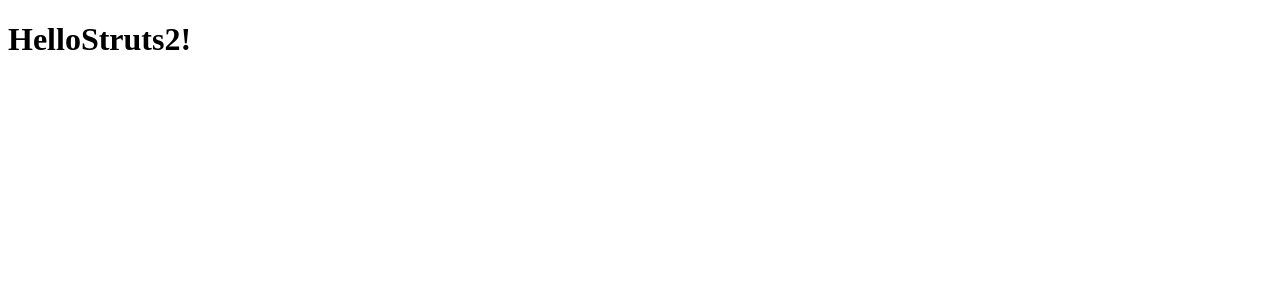
Repository: hirose0320/test
Page: http://localhost/WebProj4/hello.jsp
The author's editor kept a copy of each file at every save. The page is drawn from the files as they stood at one save, then again after the next save.
The browser window is 1280 px wide. The pictures show the whole page.
The page is served by Tomcat 9. Nobody is signed in. The application's start-up code is not run.

Above is the page before, as saved 2019-02-21 07:55:02.

After the next save:
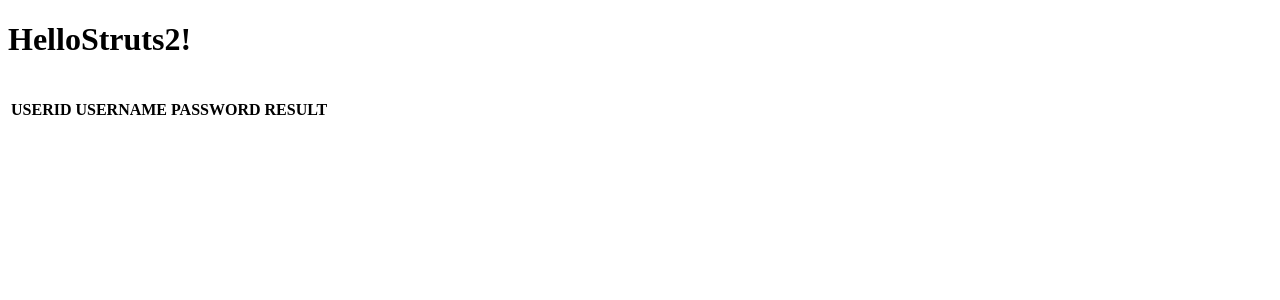
Saved 4 min 33 s later.
--- a/WebProj4/WebContent/hello.jsp
+++ b/WebProj4/WebContent/hello.jsp
@@ -8,5 +8,22 @@
 </head>
 <body>
 <h1>HelloStruts2!</h1>
+<br>
+
+<table>
+<tBody>
+<tr>
+<th>USERID</th>
+<th>USERNAME</th>
+<th>PASSWORD</th>
+<th>RESULT</th>
+</tr>
+
+<s:iterator value="helloStrutsDTOList">
+<tr>
+<td><s:propety value="userId"/></td>
+</tBody>
+
+</table>
 </body>
 </html>
